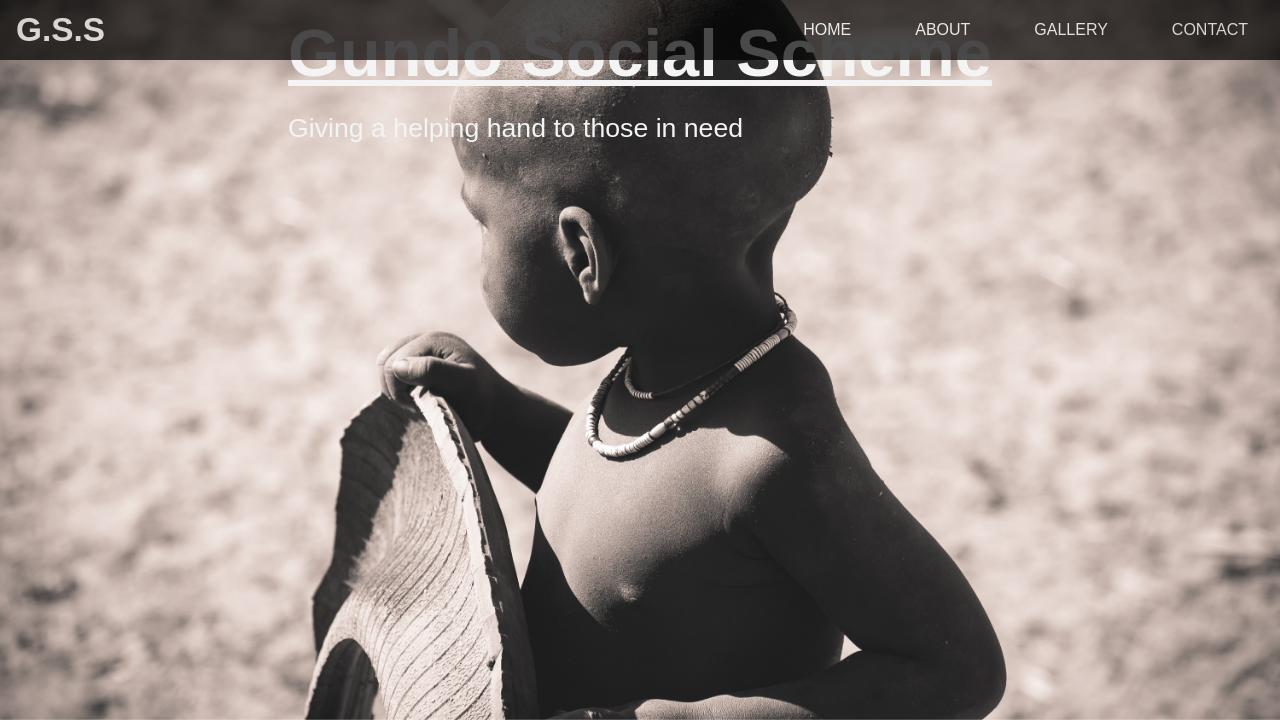
Repository: blessingNtoko/gss-basic_website
Page: index.html
The author's editor kept a copy of each file at every save. The page is drawn from the files as they stood at one save, then again after the next save.
The browser window is 1280 px wide. The pictures show the whole page.
An inner scrolling area shows only its first screen.

Above is the page before, as saved 2020-05-13 19:43:17.

### index.html
<!DOCTYPE html>
<html lang="en">

<head>
    <meta charset="UTF-8">
    <meta name="viewport" content="width=device-width, initial-scale=1.0">
    <title>Gundo Social Scheme</title>
    <link rel="stylesheet" href="style.css">
</head>

<body>
    <div class="allContain">
        <nav class="navbar">
            <h1><a href="#home">G.S.S</a></h1>
            <ul>
                <li>
                    <a href="#home">Home</a>
                </li>
                <li>
                    <a href="#about">About</a>
                </li>
                <li>
                    <a href="#work">Gallery</a>
                </li>
                <li>
                    <a href="#contact">Contact</a>
                </li>
            </ul>
        </nav>

        <section id="home">
            <div class="contain">
                <h1>Gundo Social Scheme</h1>
                <p>Giving a helping hand to those in need</p>
            </div>

        </section>

        <section id="about">
            <div class="container">
                <h1>About</h1>
                <div class="row">
                    <div class="col">
                        <img src="assets/images/temp1.jpg" alt="About image">
                    </div>
                    <div class="col">
                        <p class="about1">
                            Lorem ipsum dolor sit amet consectetur adipisicing elit. Dolore quia, nisi provident aperiam excepturi quas officiis, quam ipsa molestiae nostrum magni. Sed at maiores placeat rerum deserunt ea perspiciatis modi omnis inventore maxime sunt ratione quos
                            nihil quidem nam suscipit sint, mollitia et odit. Repellat tempore nemo mollitia, quasi dolorum optio vel voluptates hic sunt. Soluta ea voluptatibus provident quasi, consectetur incidunt quas quia. Tenetur tempora iure adipisci
                            voluptatum velit quia voluptatibus, soluta iste fugit sequi, repellendus placeat nostrum minus modi ipsum, corporis exercitationem doloribus voluptatem distinctio cumque mollitia debitis consequatur sit. Reprehenderit animi
                            natus, facilis voluptas fugiat excepturi illum.
                        </p>
                    </div>
                </div>
                <div class="row">
                    <div class="col">
                        <p class="about2">
                            Lorem ipsum dolor sit amet consectetur adipisicing elit. Consequatur eveniet, dignissimos est fugit harum provident nobis corrupti architecto ipsam culpa quibusdam quidem reprehenderit. Neque eum reprehenderit ut illo sed mollitia odit cupiditate vel
                            perspiciatis, provident ab non, earum error tenetur quia, at minus nemo adipisci quo? Velit atque aspernatur saepe quia quibusdam a ad laboriosam sit temporibus, sint neque rerum nemo nam assumenda ea omnis harum molestiae,
                            itaque rem? Animi incidunt assumenda aspernatur impedit corrupti saepe possimus aperiam neque dolor minus! Corporis odit nostrum sequi beatae enim voluptas, vitae reiciendis nulla fuga quod, tempore, non explicabo rerum praesentium
                            eligendi rem.
                        </p>
                    </div>
                    <div class="col">
                        <img src="assets/images/temp2.jpg" alt="About image">
                    </div>
                </div>
            </div>
        </section>

        <div class="fixedScroll fixedScroll1">
            <div class="fixedText">
                <span class="border trans">
                    Image Two text
                </span>
            </div>
        </div>

        <section id="work">
            <div class="container">
                <h1>Gallery</h1>
                <div class="row">
                    <div class="col">
                        <img src="assets/images/workImages/work1.jpeg" alt="">
                    </div>
                    <div class="col">
                        <img src="assets/images/workImages/work2.jpeg" alt="">

                    </div>
                    <div class="col">
                        <img src="assets/images/workImages/work3.jpeg" alt="">

                    </div>

                    <div class="col">
                        <img src="assets/images/workImages/work4.jpeg" alt="">

                    </div>
                    <div class="col">
                        <img src="assets/images/workImages/work5.jpeg" alt="">

                    </div>
                    <div class="col">
                        <img src="assets/images/workImages/work6.jpeg" alt="">

                    </div>
                    <div class="col">
                        <img src="assets/images/workImages/work7.jpeg" alt="">

                    </div>
                    <div class="col">
                        <img src="assets/images/workImages/work8.jpeg" alt="">

                    </div>
                    <div class="col">
                        <img src="assets/images/workImages/work9.jpeg" alt="">

                    </div>
                    <div class="col">
                        <img src="assets/images/workImages/work10.jpeg" alt="">

                    </div>
                </div>
            </div>
        </section>

        <div class="fixedScroll fixedScroll2">
            <div class="fixedText">
                <span class="border trans">
                    Image Two text
                </span>
            </div>
        </div>

        <section id="contact">
            <div class="container">
                <h1>Contact</h1>
                <div class="row">
                    <div class="col col1">
                        <h1>G.S.S</h1>
                        <span>Giving a helping hand to those in need</span>
                    </div>
                    <div class="col col2">
                        <h2>To get in touch with us:</h2>
                        <div class="details">
                            <h3>Laura Ntoko: Director</h3>
                            <ul>
                                <li>Cell: 0729674696</li>
                                <li>Email: ntokolaura@gmail.com</li>
                            </ul>
                        </div>
                        <div class="details">
                            <h3>Blessing Ntoko</h3>
                            <ul>
                                <li>Cell: 0813182707</li>
                                <li>Email: bntoko@gmail.com</li>
                            </ul>
                        </div>
                    </div>
                    <div class="col">

                    </div>
                </div>
            </div>
            <footer>

            </footer>
        </section>
    </div>

</body>

</html>

### style.css
* {
    margin: 0;
    padding: 0;
}

body {
    font-family: Arial, Helvetica, sans-serif;
    line-height: 1.6;
    height: 100vh;
    overflow: hidden;
}

.allContain {
    width: 100%;
    height: 100%;
    /* CSS smooth scroll properties */
    overflow-y: scroll;
    scroll-behavior: smooth;
    scroll-snap-type: y mandatory;
}

.navbar {
    position: fixed;
    top: 0;
    z-index: 1;
    display: flex;
    flex-direction: row;
    align-items: center;
    width: 100%;
    height: 60px;
    background: black;
    opacity: .7;
}

.navbar h1 {
    color: white;
    font-size: 25pt;
    margin-left: 1rem;
}

.navbar h1 a {
    text-decoration: none;
    text-transform: uppercase;
    color: #f4f4f4;
}

.navbar h1 a:hover {
    color: rgb(63, 63, 196);
}

.navbar ul {
    display: flex;
    list-style: none;
    width: 100%;
    /* text-align: right; */
    justify-content: flex-end;
}

.navbar ul li {
    margin: 0 1rem;
    padding: 1rem;
}

.navbar ul li a {
    text-decoration: none;
    text-transform: uppercase;
    color: #f4f4f4;
}

.navbar ul li a:hover {
    color: rgb(63, 63, 196);
}

section {
    display: flex;
    flex-direction: column;
    align-items: center;
    /* justify-content: center; */
    /* text-align: center; */
    width: 100%;
    height: 100vh;
    scroll-snap-align: center;
}

#home {
    background-image: url(assets/images/tempy4.jpg);
    background-position: center;
    background-repeat: no-repeat;
    background-size: cover;
    background-attachment: fixed;
    color: #f4f4f4;
}

#home h1 {
    font-size: 50pt;
    text-decoration: underline;
}

#home p {
    font-size: 20pt;
}

#about {
    margin-top: 3rem;
}

#about img {
    text-align: center;
    width: 35rem;
    height: 25rem;
}

#about .row {
    display: flex;
    flex-direction: row;
    align-items: center;
}

#about .col p {
    width: 50rem;
}

#about .col .about1 {
    border-left: 5px solid black;
    margin-left: 15rem;
}

#about .col .about2 {
    padding: 2rem auto;
    border-right: 5px solid black;
    margin-right: 15rem;
}

.fixedScroll {
    position: relative;
    opacity: 0.7;
    background-position: center;
    background-size: cover;
    background-repeat: no-repeat;
    background-attachment: fixed;
}

.fixedScroll1 {
    background-image: url(assets/images/tempy5.jpg);
    min-height: 400px;
}

.fixedScroll2 {
    background-image: url(assets/images/tempy6.jpg);
    min-height: 400px;
}

#about .row {
    display: flex;
    flex-direction: row;
    justify-content: center;
    margin-top: 3rem;
}

#work .row {
    display: flex;
    flex-direction: row;
    flex-wrap: wrap;
    justify-content: space-evenly;
    align-items: center;
}

#work .row img {
    width: 20rem;
    height: 25rem;
    line-height: 1rem;
    margin-top: 1.5rem;
    opacity: .8;
    transition: all .5s;
}

#work .row img:hover {
    opacity: 1;
}

#contact .container {
    display: flex;
    flex-direction: column;
    justify-content: center;
    align-items: center;
}

#contact .row {
    display: flex;
    flex-direction: row;
}

#contact .col {
    /* border: 1px solid black; */
    text-align: center;
}

#contact .row h1 {
    font-size: 80pt;
}

#contact .row span {
    font-size: 30pt;
}

.details ul li {
    list-style: none;
}

After the next save:
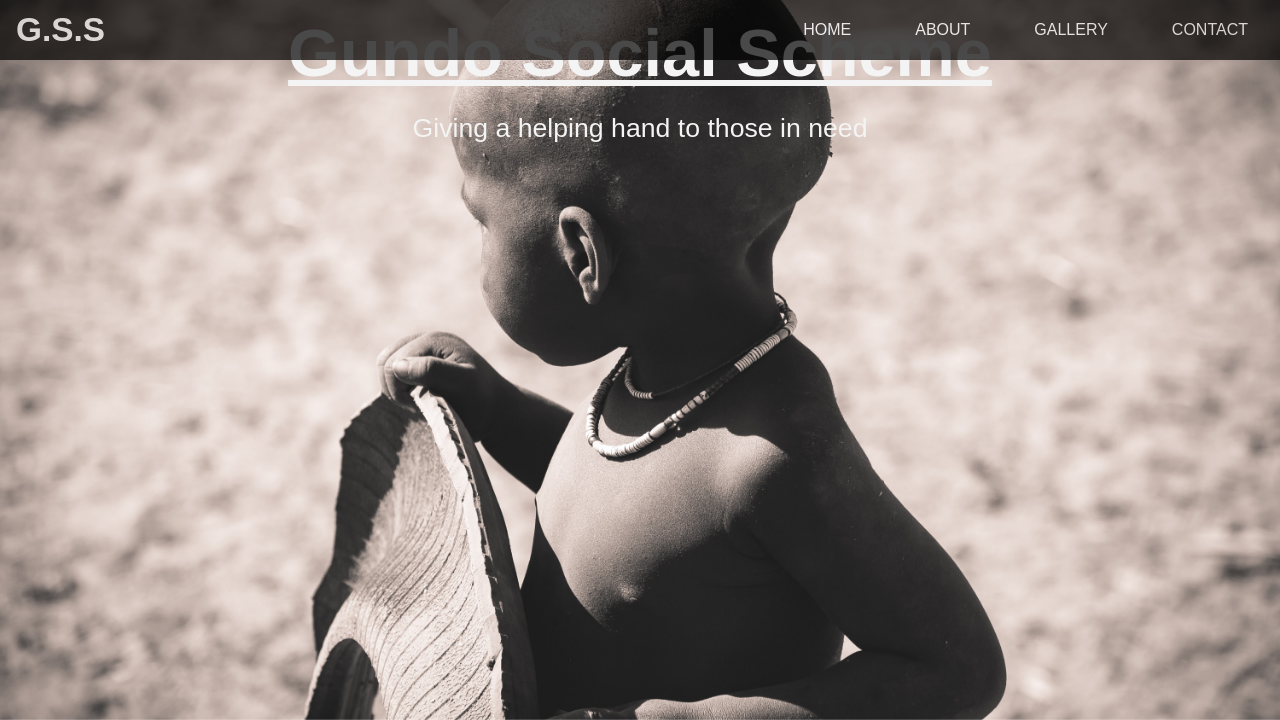
Saved 6 s later.
--- a/style.css
+++ b/style.css
@@ -76,7 +76,7 @@ section {
     flex-direction: column;
     align-items: center;
     /* justify-content: center; */
-    /* text-align: center; */
+    text-align: center;
     width: 100%;
     height: 100vh;
     scroll-snap-align: center;
